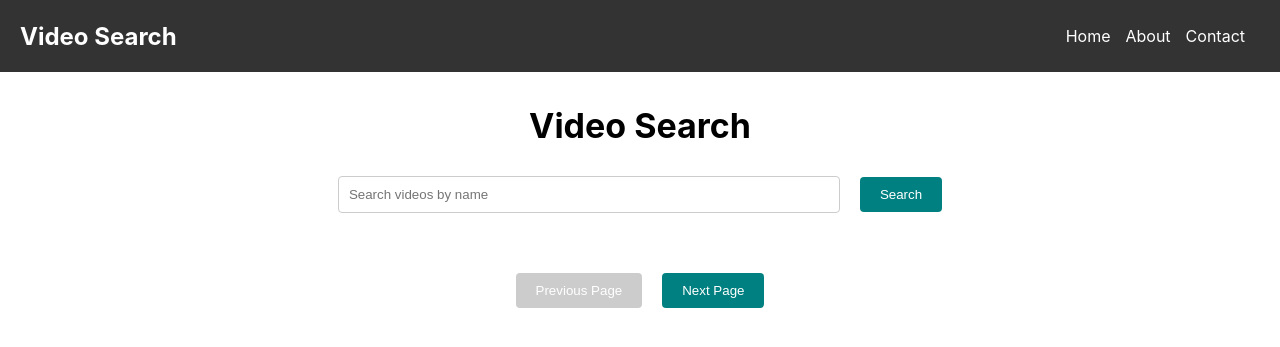
Repository: LolaSL/video-search
Page: /
The author's editor kept a copy of each file at every save. The page is drawn from the files as they stood at one save, then again after the next save.
The browser window is 1280 px wide. The pictures show the whole page.
The project was rebuilt for these pictures with package versions that can differ from the ones it lists, and the page was loaded fresh each time.

Above is the page before, as saved 2023-08-12 14:47:46.

### src/App.js
import React from 'react';
import './App.css';
import VideoSearch from './VideoSearch.jsx';
import Navbar from './Navbar.jsx';
import { BrowserRouter as Router } from 'react-router-dom';

function App() {
  return (
    <Router>
      <div className="App">
        <Navbar />
        <div className="container">
          <VideoSearch />
        </div>
      </div>
    </Router>
  );
}

export default App;

### src/App.css
.App {
  text-align: center;
  text-shadow: 1px 1px solid grey;
  height: 100vh;
}

h1 {
  font-size: 34px;
  margin-bottom: 20px;
}

input[type="text"] {
  padding: 10px;
  width: 60%;
  margin: 10px;
  border: 1px solid #ccc;
  border-radius: 4px;
}

.video-search-container {
  max-width: 800px;
  margin: 0 auto;
  padding: 10px;
   height: auto;
}

.video-list {
  display: grid;
  grid-template-columns: repeat(auto-fill, minmax(300px, 1fr));
  gap: 20px;
  margin-top: 20px;

}

.video-item {
  background-color: #ffffff;
  border-radius: 10px;
  margin: 20px 0;
  padding: 20px;
  border: 1px solid #ccc;

}

.video-container {
  position: relative;
  overflow: hidden;
  padding-top: 56.25%;
}

.video-frame {
  position: absolute;
  top: 0;
  left: 0;
  width: 100%;
  height: 100%;
}

.video-iframe {
  width: 100%;
  height: 100%;
  border: none;
}

button {
  margin: 10px;
  padding: 10px 20px;
  background: teal;
  color: #fff;
  border: none;
  border-radius: 4px;
  cursor: pointer;
}

button:disabled {
  background-color: #ccc;
  cursor: not-allowed;
}

iframe {
  width: 100%;
  height: 415px;
  border: none;
  margin-top: 15px;
}

.video-title {
  font-size: 18px;
  margin-bottom: 10px;
}

.pagination {
  margin-top: 20px;
}

.pagination button {
  margin-right: 10px;
}

/* .navbar {
  display: flex;
  justify-content: space-between;
  align-items: center;
  padding: 10px 20px;
  background: teal;
  color: white;
}

.navbar-logo {
  font-size: 1.5rem;
}

.nav-toggle {
  display: none;
  background: none;
  border: none;
  color: white;
  font-size: 1rem;
  cursor: pointer;
}

.navbar-nav {
  list-style: none;
  display: flex;
  gap: 20px;
}

.nav-item {
  padding: 10px;
}

.nav-link {
  color: white;
  text-decoration: none;
}
 */
/* Navbar container */
.navbar {
  display: flex;
  justify-content: space-between;
  align-items: center;
  background-color: #333;
  padding: 10px 20px;
  color: white;
}

/* Navbar brand/logo */
.navbar-logo {
  font-size: 1.5rem;
  font-weight: bold;
}

/* Navbar toggle button */
.nav-toggle {
  display: none;
  background-color: transparent;
  border: none;
  color: white;
  font-size: 1rem;
  cursor: pointer;
}

/* Navbar navigation */
.navbar-nav {
  list-style: none;
  display: flex;
  align-items: center;
}

/* Navbar navigation items */
.nav-item {
  margin-right: 15px;
}

/* Navbar navigation links */
.nav-link {
  text-decoration: none;
  color: white;
  font-size: 1rem;
  transition: color 0.3s ease;
}

.nav-link:hover {
  color: #f8b400;
}

/* Open navigation menu */
.open {
  display: flex;
  flex-direction: column;
  position: absolute;
  top: 60px;
  right: 20px;
  background-color: #333;
  padding: 10px 20px;
  box-shadow: 0 4px 6px rgba(0, 0, 0, 0.1);
}

@media screen and (max-width: 768px) {
  /* Display toggle button for small screens */
  .nav-toggle {
    display: block;
  }

  /* Hide navigation menu by default on small screens */
  .navbar-nav {
    display: none;
  }

  /* Show navigation menu when toggle button is clicked */
  .open {
    display: flex;
  }
}
@media screen and (max-width: 768px) {
  .container {
    padding: 10px;
    margin: 30px;
  }

  input[type="text"] {
    width: 80%;
    margin: 20px;
    margin-bottom: 10px;
  }

  button {
    width: 50%;
    margin-bottom: 10px;
  }

  .video-item {
    padding: 10px;
    margin: 10px 20px;
  }

  .pagination {
    text-align: center;
  }
}

### src/VideoSearch.jsx
import React, { useState } from 'react';
import axios from "axios";

const API_KEY = 'AIzaSyAZw_7fp6hzKHZ_UNfC9jRiNJBWZQnTOmM';
const CHANNEL_ID = 'CSgDjZ_Vv8g';
const RESULTS_PER_PAGE = 10;


const VideoSearch = () => {
  const [videos, setVideos] = useState([]);
  const [searchTerm, setSearchTerm] = useState('');
  const [currentPage, setCurrentPage] = useState(1);

  const searchVideos = async () => {
    try {
      const response = await axios.get(
        `https://www.googleapis.com/youtube/v3/search?key=${API_KEY}&channelId=${CHANNEL_ID}&part=snippet,id&type=video&q=${searchTerm}&maxResults=${RESULTS_PER_PAGE}&pageToken=${currentPage > 1 ? videos.length : ''}`
      );

      setVideos(response.data.items);
    } catch (error) {
      console.error('Error fetching videos:', error);
    }
  };

  const handlePageChange = (newPage) => {
    setCurrentPage(newPage);
    searchVideos();
  };

  return (
    <div className="video-search-container">
      <h1>Video Search</h1>
      <input
        type="text"
        placeholder="Search videos by name"
        value={searchTerm}
        onChange={(e) => setSearchTerm(e.target.value)}
      />
      <button onClick={() => handlePageChange(1)}>Search</button>

      <div className="video-list">
        {videos.map((video) => (
          <div key={video.id.videoId} className="video-item">
            <h2 className="video-title">{video.snippet.title}</h2>
            <div className="video-container">
              <div className="video-frame">
                <iframe
                  title={video.snippet.title}
                  src={`https://www.youtube.com/embed/${video.id.videoId}`}
                  className="video-iframe"
                  allowFullScreen
                ></iframe>
              </div>
            </div>
          </div>
        ))}
      </div>

      <div className="pagination">
        <button
          onClick={() => handlePageChange(currentPage - 1)}
          disabled={currentPage === 1}
        >
          Previous Page
        </button>
        <button onClick={() => handlePageChange(currentPage + 1)}>Next Page</button>
      </div>
    </div>
  );
};

export default VideoSearch;

### src/Navbar.jsx
import React, { useState } from 'react';
import { Link } from 'react-router-dom';

const Navbar = () => {
  const [isNavOpen, setIsNavOpen] = useState(false);

  const toggleNav = () => {
    setIsNavOpen(!isNavOpen);
  };

  return (
    <nav className="navbar">
      <div className="navbar-brand">
        <span className="navbar-logo">Video Search</span>
      </div>
      <button className="nav-toggle" onClick={toggleNav}>
        {isNavOpen ? 'Close' : 'Open'}
      </button>
      <ul className={`navbar-nav ${isNavOpen ? 'open' : ''}`}>
        <li className="nav-item">
          <Link to="/" className="nav-link">Home</Link>
        </li>
        <li className="nav-item">
          <Link to="/about" className="nav-link">About</Link>
        </li>
        <li className="nav-item">
          <Link to="/contact" className="nav-link">Contact</Link>
        </li>
      </ul>
    </nav>
  );
};

export default Navbar;

Loaded but not shown: public/index.html (common file); src/index.js (common file); src/index.css (common file); src/reportWebVitals.js (common file)

After the next save:
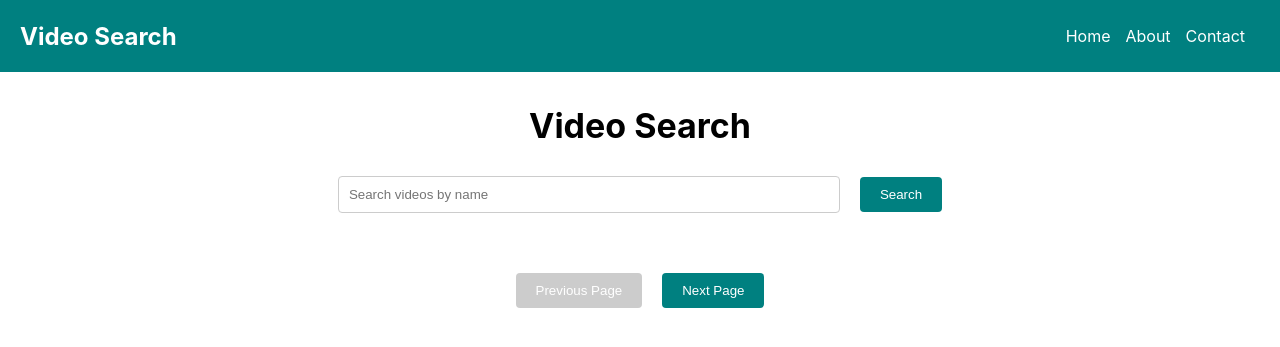
Saved 54 s later.
--- a/src/App.css
+++ b/src/App.css
@@ -138,7 +138,7 @@ iframe {
   display: flex;
   justify-content: space-between;
   align-items: center;
-  background-color: #333;
+  background: teal;
   padding: 10px 20px;
   color: white;
 }
